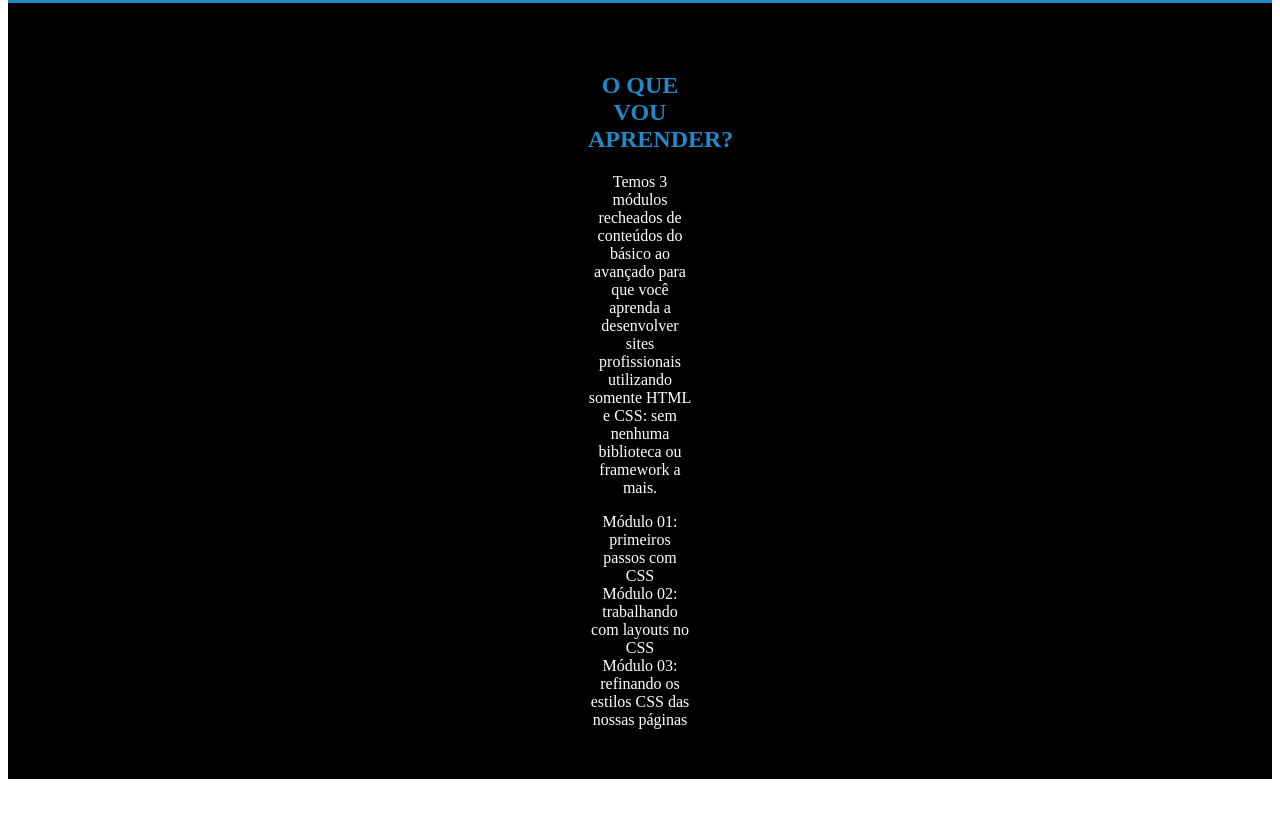
Repository: gustavotwist/trilha-css-desafio-01
Page: index.html
An editor plug-in stored every save of this project. The page is shown before and after a run of saves, followed by the edit.
The browser window is 1280 px wide. The pictures show the part of the page from y = 449 to 1262 px (the page is 2055 px tall before and 2307 px after).
A picture or video elsewhere on the page could not be fetched, so the positions and the page height are approximate.

Above is the page before, as saved 2024-07-15 18:49:47.

### index.html
<!DOCTYPE html>
<html lang="en">
<head>
  <meta charset="UTF-8">
  <meta http-equiv="X-UA-Compatible" content="IE=edge">
  <meta name="viewport" content="width=device-width, initial-scale=1.0">
  <title>Trilha de CSS - DIO</title>
  <link rel="stylesheet" href="global.css">
</head>
<body>
  <header class="banner">
    <div class="banner-content">
      <div class="logo">
        <img src="assets/images/logo.png" title="Logotipo Trilha de CSS DIO" alt="Logotipo Trilha de CSS DIO">
      </div>
      <h1>Trilha de CSS da DIO</h1>
      <p>A nova Trilha de CSS da DIO está disponível. Acesse já e aprenda do zero como desenvolver sites profissionais.</p>
      <button>Quero me inscrever</button>
    </div>
  </header>
  <main>
    <section id="course-content">
      <h2>O que vou aprender?</h2>
      <p>
        Temos 3 módulos recheados de conteúdos do básico ao avançado para que você aprenda a
        desenvolver sites profissionais utilizando somente HTML e CSS: sem nenhuma biblioteca ou framework a mais.
      </p>
      <div class="modules-list">
        <div class="module">
          <span>Módulo 01:</span> primeiros passos com CSS
        </div>
        <div class="module">
          <span>Módulo 02:</span> trabalhando com layouts no CSS
        </div>
        <div class="module">
          <span>Módulo 03:</span> refinando os estilos CSS das nossas páginas
        </div>
      </div>
    </section>
    <section id="transform-world">
      <p>TRANSFORME O MUNDO COM A GENTE</p>
    </section>
    <section id="professional-challenges">
      <h2>Evolua e encare novos desafios profissionais</h2>
      <img src="assets/images/professional-challenges.png" title="Homem lendo depoimentos em um tablet" alt="Homem lendo depoimentos em um tablet">
      <p>
        Junte-se ao nosso ecossistema e transforme o mundo com a gente! Todos os dias dezenas de empresas
        acessam a nossa plataforma em busca dos talentos mais criativos, dinâmicos e colaborativos,
        além do conhecimento técnico.
        A nossa missão é te preparar para que você conecte-se com as melhores oportunidades.
      </p>
    </section>
  </main>
  <footer>
    <img class="dio-logo" src="assets/images/dio-logo.png" title="Logotipo DIO com o texto make the change" alt="Logotipo DIO com o texto make the change">
    <p>Acesse <a href="https://dio.me">dio.me</a> e se cadastre agora</p>
  </footer>
</body>
</html>

### global.css
.banner {
    background:url('/assets/images/banner.png'), no-repeat, linear-gradient(to bottom, #030709, #030709 10%, #0a1b23 50%, #030709 95%);
    color:white;
}

h1, h2 {
    color:#2189c7;
    text-transform:uppercase;
}

.banner-content {
    text-align:center;
    padding:70px;
    margin-bottom:30px;
}

.logo img{
    width:180px;
    radial-gradient(#030709, #061216);
}

button {
   background-color:transparent;
   color:#2189c7;
   border:solid #2189c7;
   padding:1em;
   width:22em;
   text-transform:uppercase;
   word-spacing:2px;
}

#course-content{
    border-top: solid  #2189c7;
    margin-top: -30px;
    padding:50px 580px;
    text-align:center;
    background-color:#000000;
}

section, p{
    color: white;
}


.modules-list {
    word-space:pre-wrap;
}

After the next 2 saves:
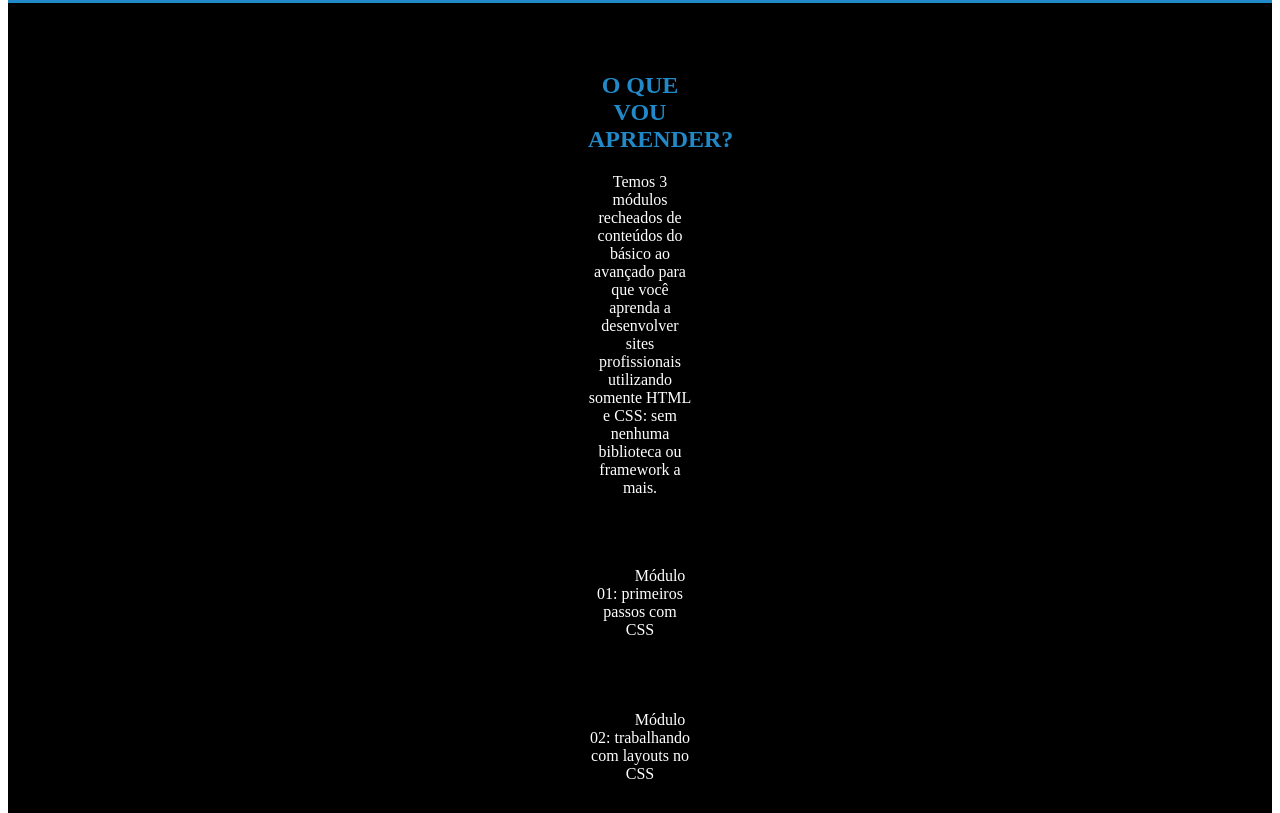
The 2 saves are shown as one change because they came seconds apart.
The last was saved 10 s later.
--- a/global.css
+++ b/global.css
@@ -43,5 +43,5 @@ section, p{
 
 
 .modules-list {
-    word-space:pre-wrap;
+    white-space:pre-wrap;
 }
